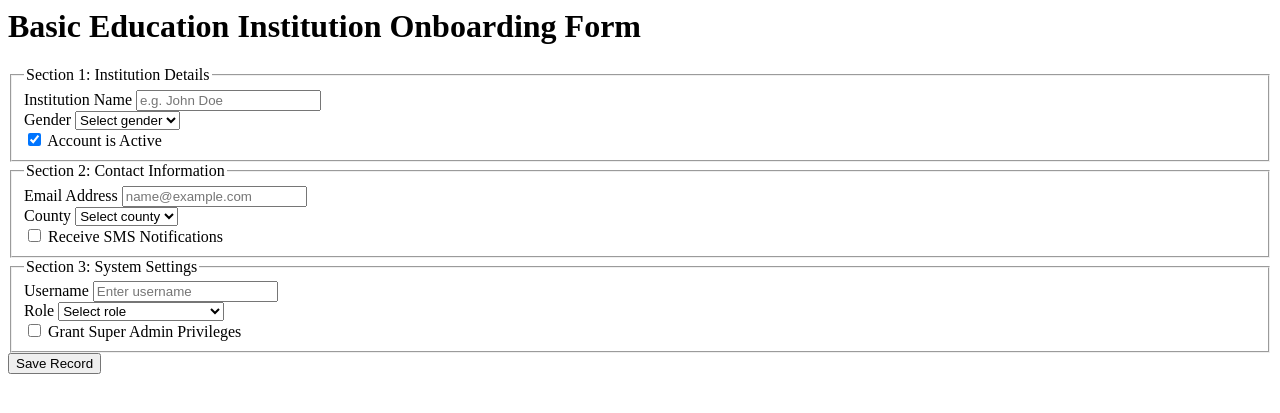
Repository: ndirituart/KEMIS
Page: angular-client/src/app/pages/basic-education/basic-education.html
These files come from the project's save history. The page is drawn as it stood at one moment and after the next save; the edit follows.
The browser window is 1280 px wide. The pictures show the whole page.

Above is the page before, as saved 2026-10-19 15:35:02.

After the next save:
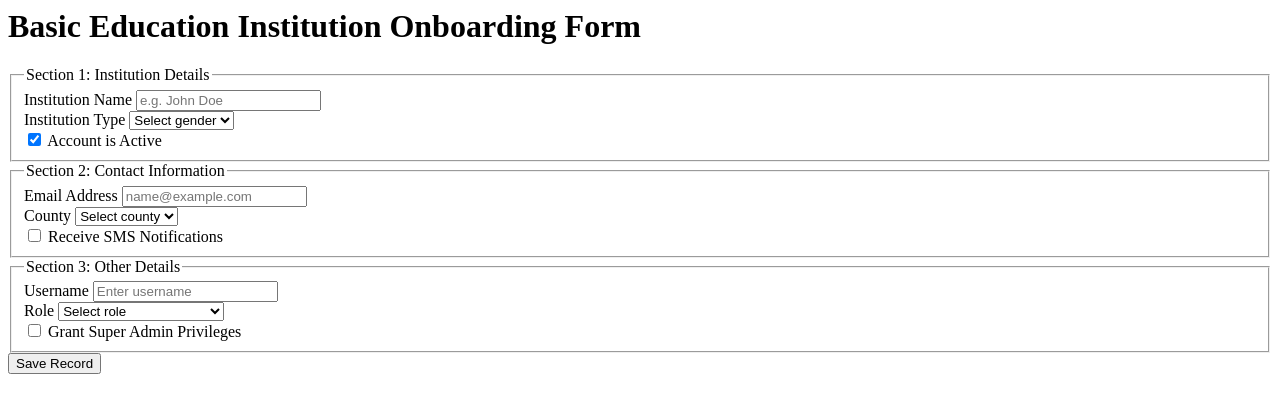
Saved 2 h 2 min later.
--- a/angular-client/src/app/pages/basic-education/basic-education.html
+++ b/angular-client/src/app/pages/basic-education/basic-education.html
@@ -16,7 +16,7 @@
 
       <!-- Dropdown -->
       <div class="col-md-6">
-        <label for="gender" class="form-label fw-semibold">Gender</label>
+        <label for="gender" class="form-label fw-semibold">Institution Type</label>
         <select class="form-select" id="gender" name="gender" required>
           <option value="" disabled selected>Select gender</option>
           <option value="Male">Male</option>
@@ -36,7 +36,7 @@
   </fieldset>
 
   <!-- ========================================== -->
-  <!-- SECTION 2: Contact Information             -->
+  <!-- SECTION 2: Coordinates            -->
   <!-- ========================================== -->
   <fieldset class="mb-4 p-3 border rounded">
     <legend class="float-none w-auto px-2 fs-5 fw-bold text-primary">Section 2: Contact Information</legend>
@@ -70,10 +70,10 @@
   </fieldset>
 
   <!-- ========================================== -->
-  <!-- SECTION 3: System Settings                 -->
+  <!-- SECTION 3: Other Details                -->
   <!-- ========================================== -->
   <fieldset class="mb-4 p-3 border rounded">
-    <legend class="float-none w-auto px-2 fs-5 fw-bold text-primary">Section 3: System Settings</legend>
+    <legend class="float-none w-auto px-2 fs-5 fw-bold text-primary">Section 3: Other Details</legend>
 
     <div class="row g-3">
       <!-- Text Input -->
